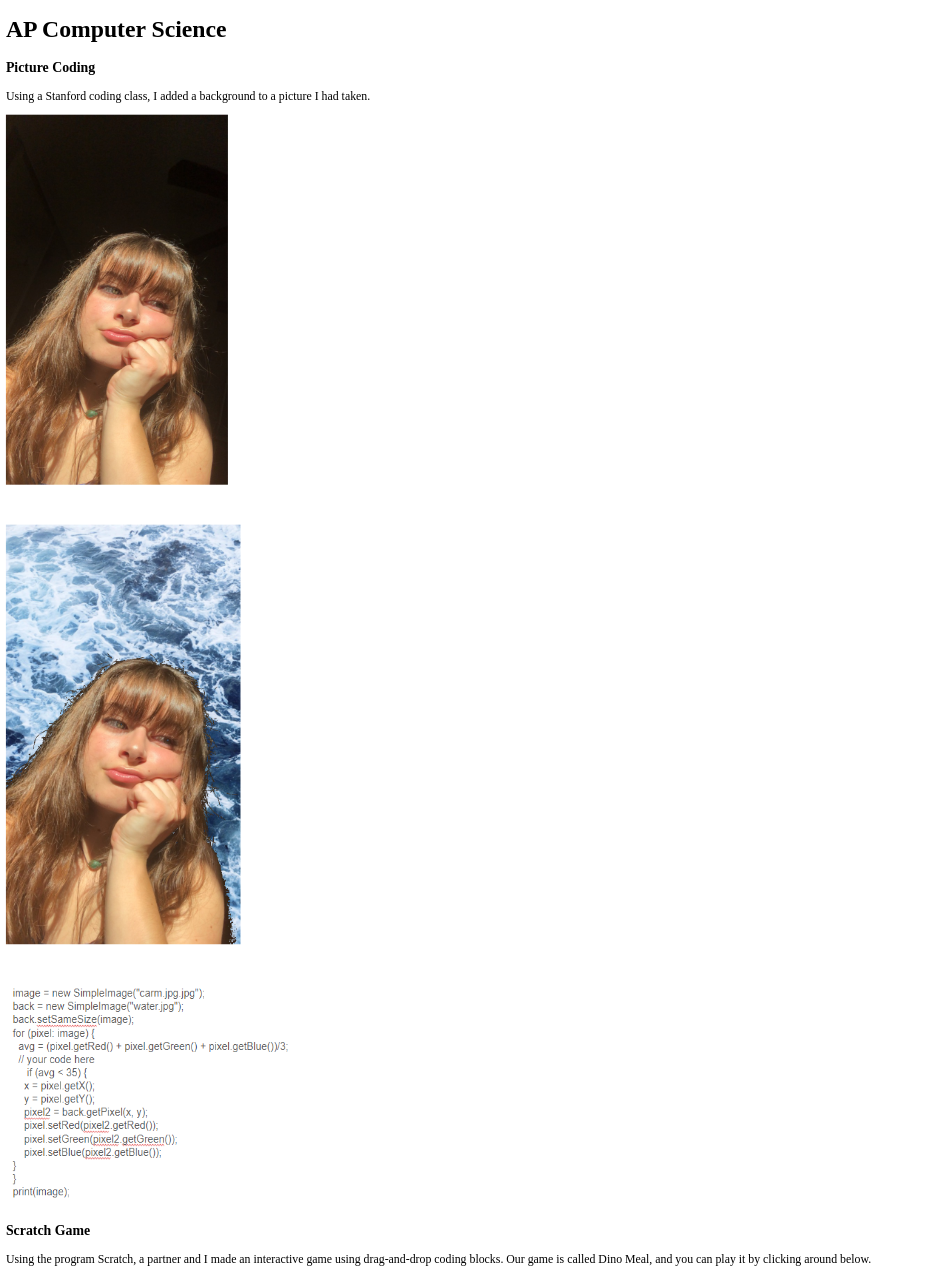
Repository: cdzendzel/cdzendzel.github.io
Page: apcs.html
The author's editor kept a record of every edit. The page is drawn from the files as they stood at one moment, then again after the next edit.
The browser window is 1280 px wide. The pictures show the part of the page from y = 0 to 1727 px (the page is 2805 px tall), at 74% of full size.
Pictures or frames that could not be fetched are drawn as grey boxes.

Above is the page before.

### apcs.html


<!DOCTYPE html>
<html>
<head>
<title>Carmela's Webpage</title>
</head>
<body>

<h1>AP Computer Science</h1>
<h3>Picture Coding</h3>
</body>
</html>
</body>
</html>

<p>Using a Stanford coding class, I added a background to a picture I had taken.  </a></p>
<img src="images/carm.jpg.JPG" alt="Picture of me before coding" width="300" height="500">
<p style="text-align:center; color:white;">I added a picture of water as a backgorund.  <a></p>
<img src="images/carm.water.code.PNG" alt="Picture of me after coding with water as the background"">
<p style="text-align:center; color:white;">This is the first time I had ever coded such a complex line of code, and it turned out well! You can view my code below.</a></p>
<img src="images/pic.code.PNG" alt="Carmela's Picture Code" width="400" height="300">

<h3>Scratch Game</h3>
<p>Using the program Scratch, a partner and I made an interactive game using drag-and-drop coding blocks. Our game is called Dino Meal, and you can play it by clicking around below.  </a></p>
<iframe src="https://docs.google.com/presentation/d/e/2PACX-1vQlzyCuhyRdYywk_B_c0P-xEZjcl4PeS42tZtRi-OlesZ-Pv65c4r4OaglgzEBHuYl5XDBwqpA1L_Ub/embed?start=false&loop=false&delayms=3000" frameborder="0" width="960" height="569" allowfullscreen="true" mozallowfullscreen="true" webkitallowfullscreen="true" width="500"  height="400"></iframe>

<h3>Interactive Fiction Story</h3>
<p>With another pair, I created an interactive fiction story based off the story of the Wizard of Oz.  You can view our code and play our game below.  </a></p>
<iframe height="400px" width="100%" src="https://repl.it/@gabib44/Interactive-Story?lite=true" scrolling="no" frameborder="no" allowtransparency="true" allowfullscreen="true" sandbox="allow-forms allow-pointer-lock allow-popups allow-same-origin allow-scripts allow-modals" width="500" height="750"></iframe>
</body>

After the next edit:
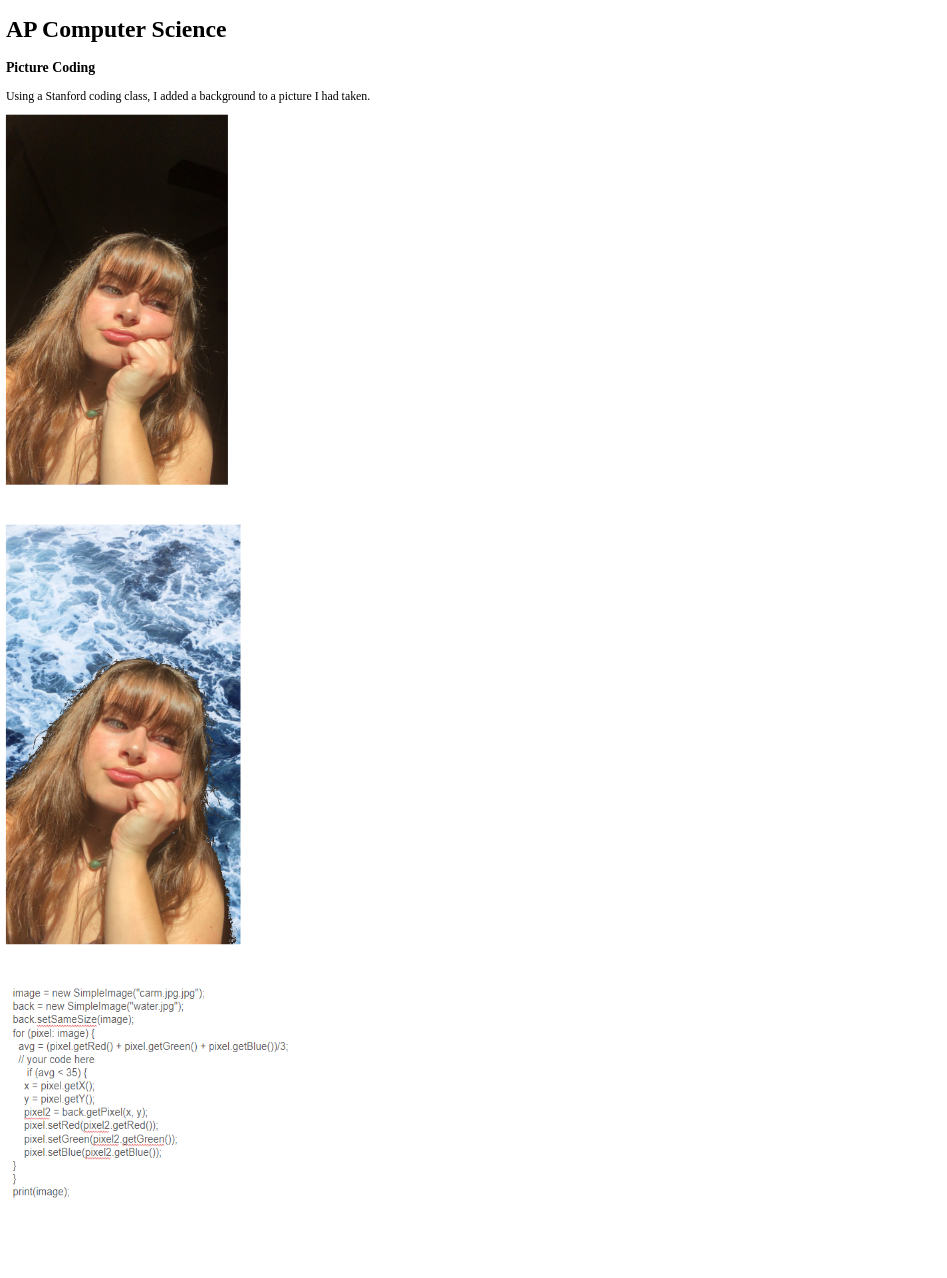
The edit:
--- a/apcs.html
+++ b/apcs.html
@@ -21,8 +21,8 @@
 <p style="text-align:center; color:white;">This is the first time I had ever coded such a complex line of code, and it turned out well! You can view my code below.</a></p>
 <img src="images/pic.code.PNG" alt="Carmela's Picture Code" width="400" height="300">
 
-<h3>Scratch Game</h3>
-<p>Using the program Scratch, a partner and I made an interactive game using drag-and-drop coding blocks. Our game is called Dino Meal, and you can play it by clicking around below.  </a></p>
+<h3 style="text-align:center; color:white;">Scratch Game</h3>
+<p style="text-align:center; color:white;">Using the program Scratch, a partner and I made an interactive game using drag-and-drop coding blocks. Our game is called Dino Meal, and you can play it by clicking around below.  </a></p>
 <iframe src="https://docs.google.com/presentation/d/e/2PACX-1vQlzyCuhyRdYywk_B_c0P-xEZjcl4PeS42tZtRi-OlesZ-Pv65c4r4OaglgzEBHuYl5XDBwqpA1L_Ub/embed?start=false&loop=false&delayms=3000" frameborder="0" width="960" height="569" allowfullscreen="true" mozallowfullscreen="true" webkitallowfullscreen="true" width="500"  height="400"></iframe>
 
 <h3>Interactive Fiction Story</h3>
